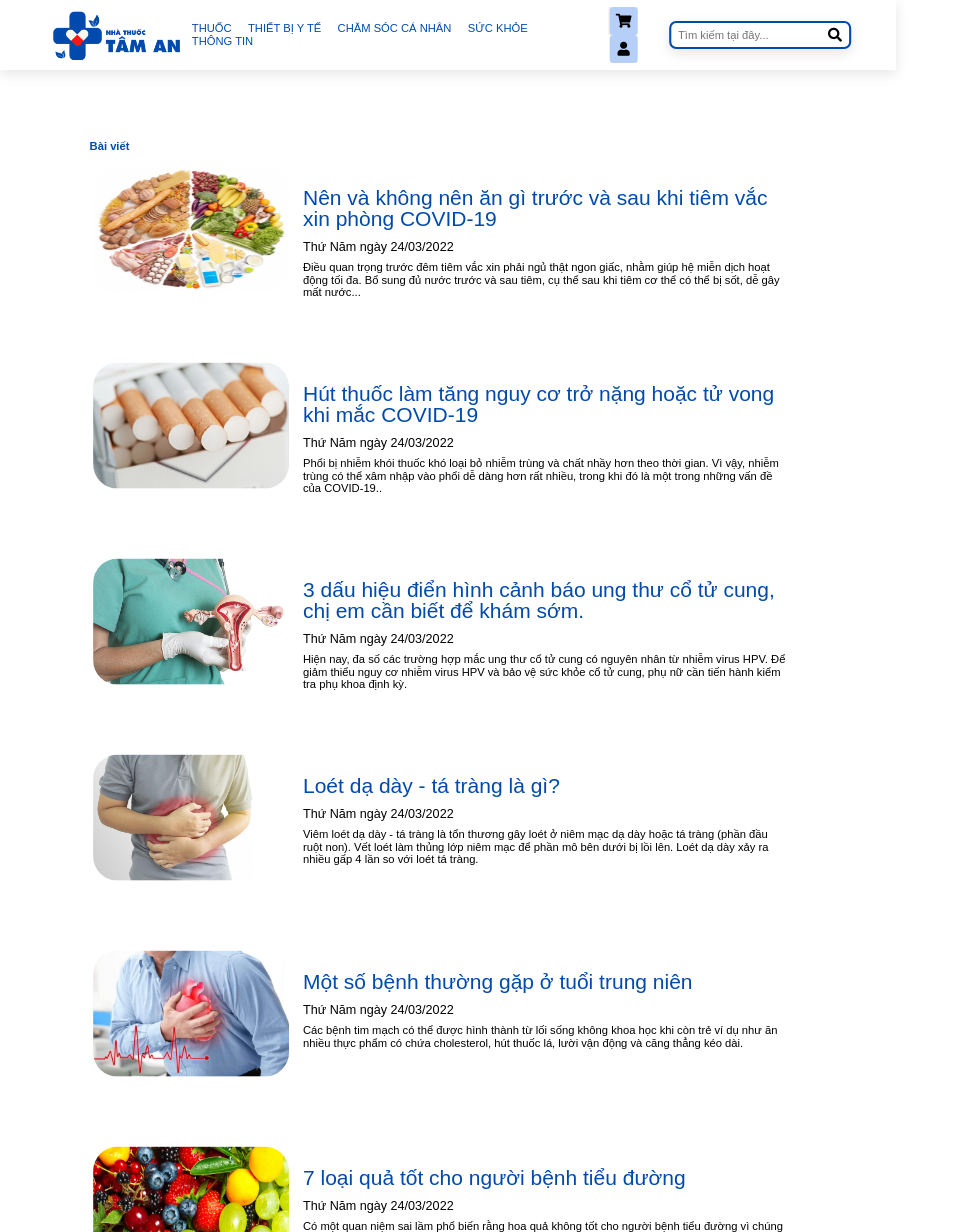
Repository: ViralAIWorks/TamAnPharmacy.github.io
Page: pages/suckhoe.html
The author's editor kept a copy of each file at every save. The page is drawn from the files as they stood at one save, then again after the next save.
The browser window is 1280 px wide. The page is 1370 px wide, so the pictures cover 1370 px, including what lies to the right of the window. The pictures show the part of the page from y = 0 to 1760 px (the page is 2684 px tall before and 2703 px after), at 70% of full size.
Some web fonts or font styles are not loaded; a fallback is used.

Above is the page before, as saved 2022-03-23 18:45:36.
Console error: ReferenceError: Swiper is not defined

After the next save:
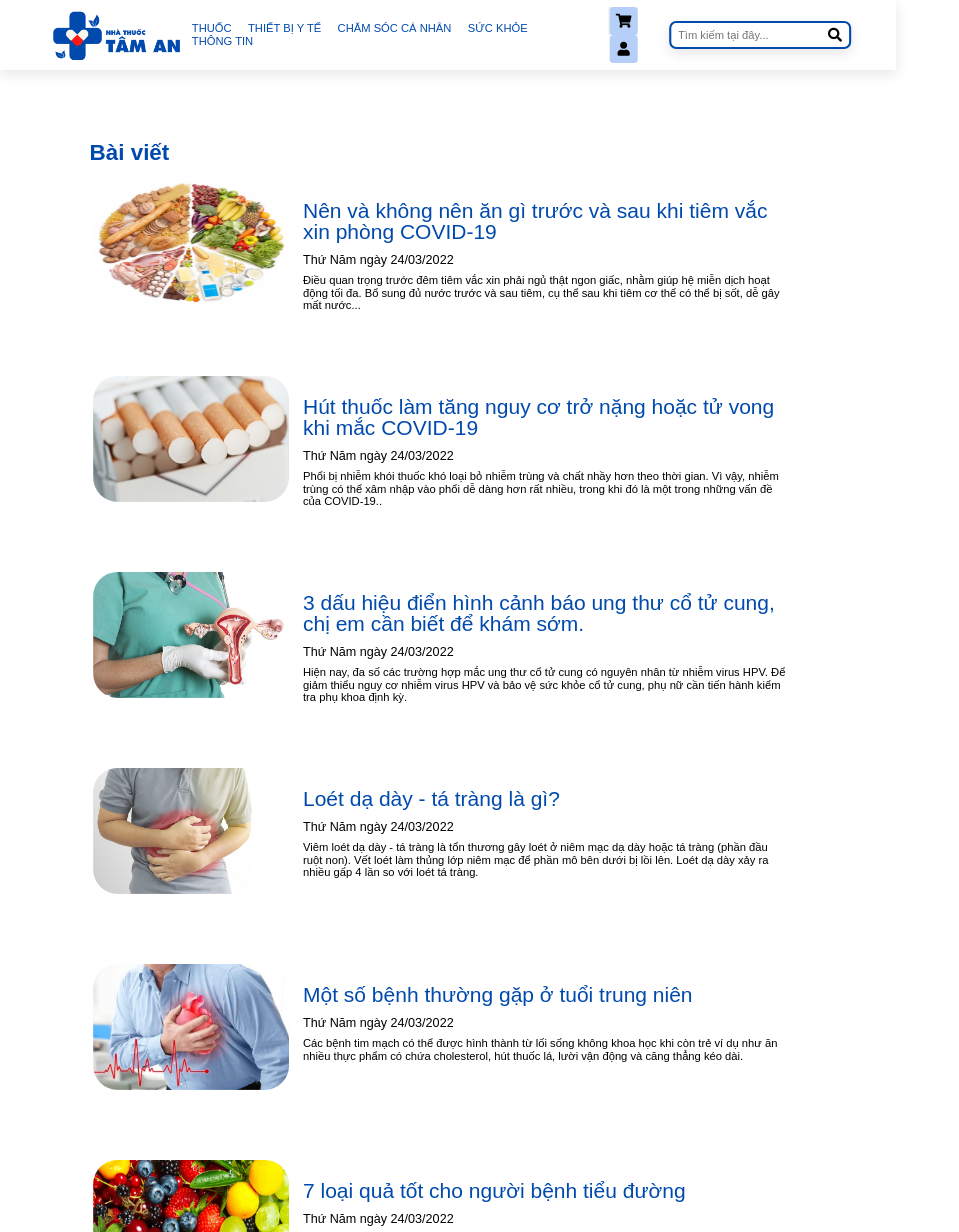
Saved 5 s later.
--- a/pages/suckhoe.css
+++ b/pages/suckhoe.css
@@ -186,7 +186,7 @@
     .ss-chuyende-news h2 {
         margin-top: 200px;
         color: #004aad;
-        font-size: 16px;
+        font-size: 32px;
     }
 
     .logo {
